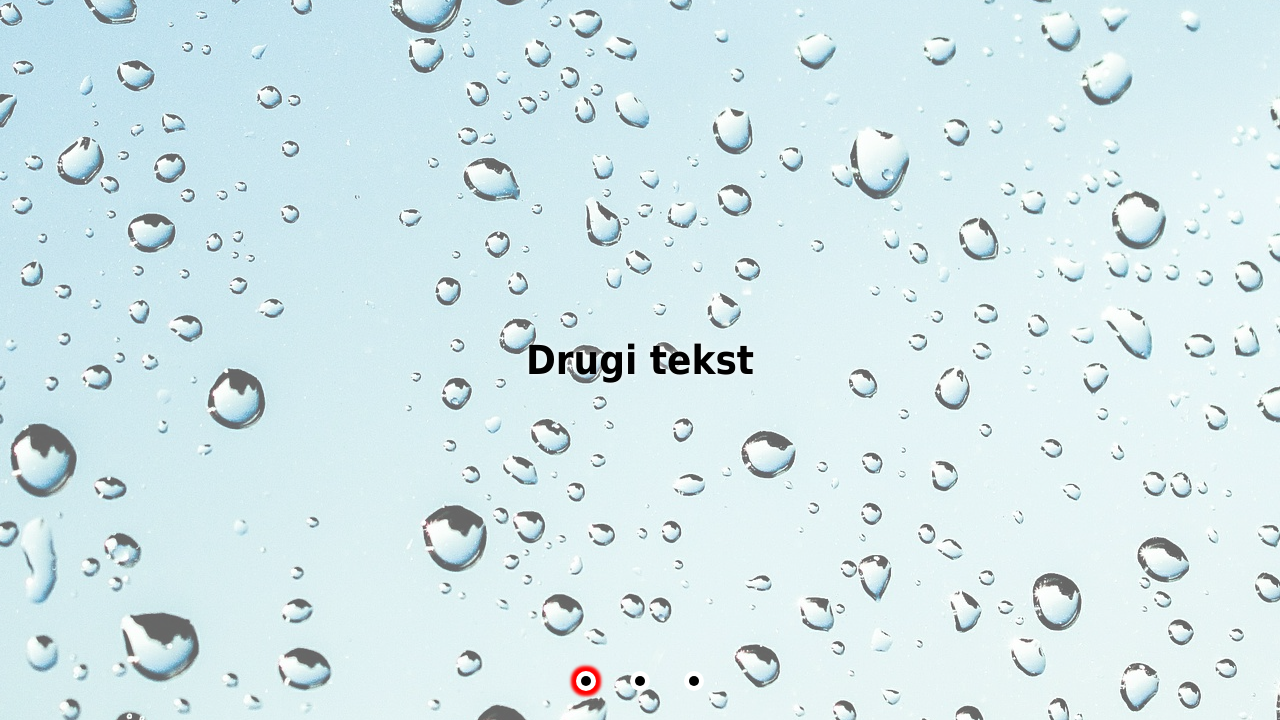
Repository: KasiaJakubowska/Baner
Page: index.html
These files come from the project's save history. The page is drawn as it stood at one moment and after the next save; the edit follows.
The browser window is 1280 px wide. The pictures show the whole page.

Above is the page before, as saved 2019-04-26 13:25:34.

After the next save:
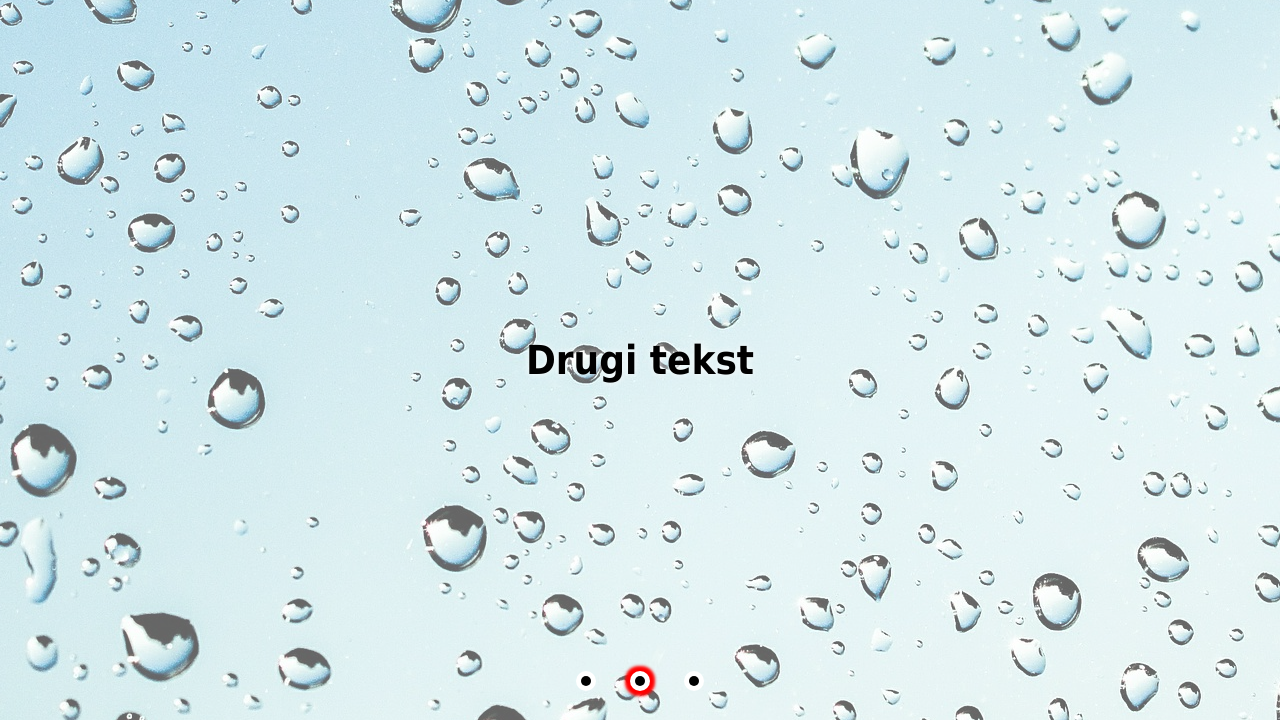
Saved 102 s later.
--- a/main.js
+++ b/main.js
@@ -21,7 +21,9 @@ let active = 0;
 // Implementacje
 
 const changeDot = () => {
-const activeDot = dots.findIndex(dot => dot.classList.contains('active'))
+const activeDot = dots.findIndex(dot => dot.classList.contains('active'));
+dots[activeDot].classList.remove('active');
+dots[active].classList.add('active');
 }
 
 const changeSlide = () => {
